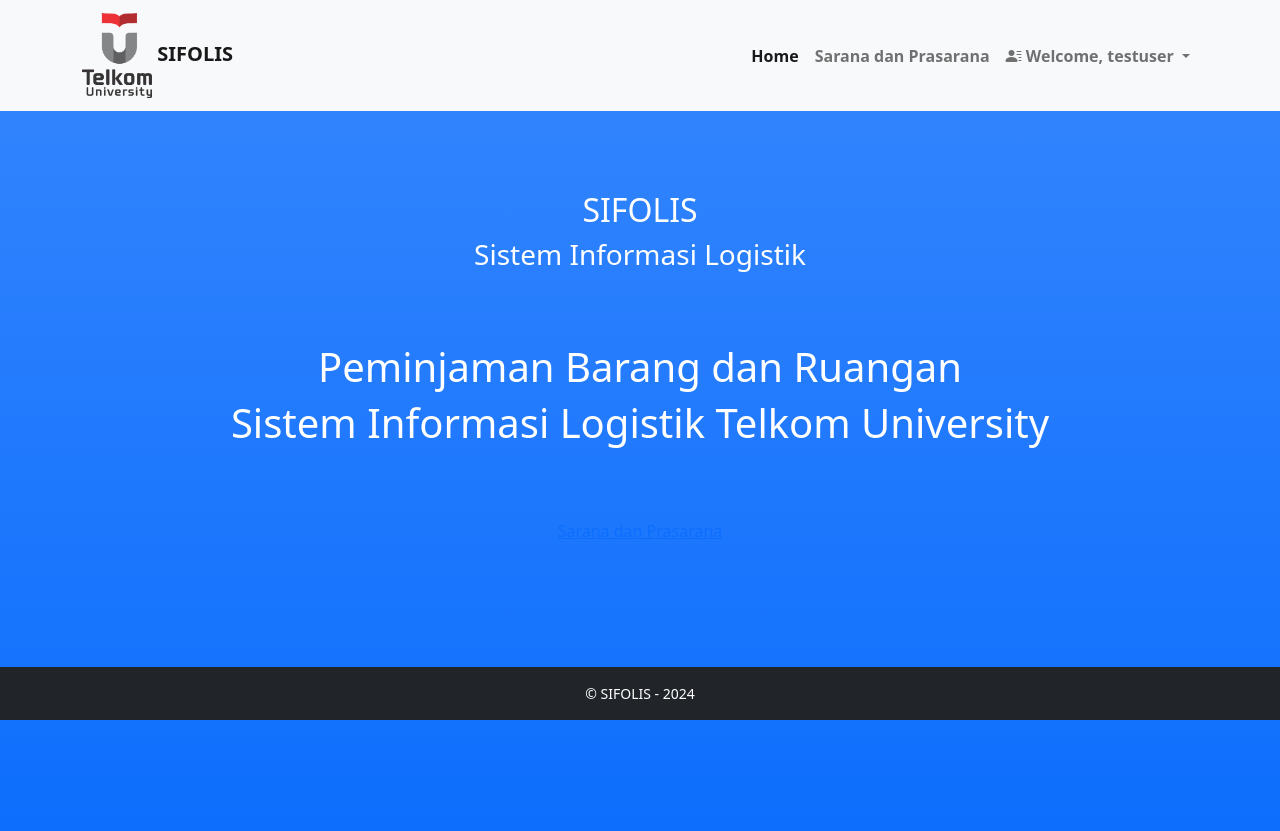
Repository: Audi87/uas_framework
Page: http://localhost/
These files come from the project's save history. The page is drawn as it stood at one moment and after the next save; the edit follows.
The browser window is 1280 px wide. The pictures show the whole page.
Some web libraries are served in a nearby version. The page is served by the project's Laravel application, run on PHP 8.4 with Laravel 10. A made-up administrator, Test User (test@example.com), is signed in. Other server files are loaded and not shown.

Above is the page before, as saved 2024-06-13 20:34:19.

### routes/web.php
<?php

use App\Http\Controllers\{
    BarangController, ContactController, CustumerController, DataPeminjamanController, HistoryController,
    Home, LoginController, PeminjamanController, ProfilController, RegistrasiController,
    SaranaDanPrasaranaController, AdminController
};
use Illuminate\Support\Facades\Route;


Route::get('/', [Home::class, 'index'])->middleware('auth');

Route::get('/login', [LoginController::class, 'index'])->name('login')->middleware('guest');
Route::post('/login', [LoginController::class, 'login']);
Route::post('/logout', [LoginController::class, 'logout']);

Route::get('/registrasi', [RegistrasiController::class, 'index'])->middleware('guest');
Route::post('/registrasi', [RegistrasiController::class, 'registrasi']);

Route::get('/dashboard', function() {
    return view('dashboard.index', ['title' => 'Dashboard Admin']);
})->middleware('admin');

Route::get('/profil/{user:id}', [ProfilController::class, 'index'])->middleware('auth');

Route::get('/sarana dan prasarana', [SaranaDanPrasaranaController::class, 'index'])->middleware('auth');
Route::resource('/sarana-prasarana', BarangController::class)->middleware('admin');

Route::get('/peminjaman/{barang:id}', [PeminjamanController::class, 'index'])->middleware('auth');
Route::post('/peminjaman/{barang:id}', [PeminjamanController::class, 'peminjaman'])->middleware('auth');

Route::get('/history/{user:id}', [HistoryController::class, 'index'])->middleware('auth');

Route::get('/kembalikan/{id}', [PeminjamanController::class, 'kembalikan'])->middleware('auth');
Route::get('/detail-peminjaman/{id}', [PeminjamanController::class, 'detailPeminjaman'])->middleware('auth');

Route::get('/category/{id}', [SaranaDanPrasaranaController::class, 'category'])->middleware('auth');

Route::get('/custumer', [CustumerController::class, 'index'])->middleware('admin');
Route::get('/custumer/{user:id}', [CustumerController::class, 'detail'])->middleware('admin');

Route::get('/data-peminjaman', [DataPeminjamanController::class, 'index'])->middleware('admin');
Route::get('/data-peminjaman/{id}', [DataPeminjamanController::class, 'detail'])->middleware('admin');

Route::get('/contact', [ContactController::class, 'index'])->middleware('auth');

### app/Models/User.php
<?php

namespace App\Models;

// use Illuminate\Contracts\Auth\MustVerifyEmail;
use Illuminate\Database\Eloquent\Factories\HasFactory;
use Illuminate\Foundation\Auth\User as Authenticatable;
use Illuminate\Notifications\Notifiable;
use Laravel\Sanctum\HasApiTokens;

class User extends Authenticatable
{
    use HasApiTokens, HasFactory, Notifiable;

    /**
     * The attributes that are mass assignable.
     *
     * @var array<int, string>
     */
    // protected $fillable = [
    //     'name',
    //     'email',
    //     'password',
    // ];

    /**
     * The attributes that should be hidden for serialization.
     *
     * @var array<int, string>
     */
    protected $hidden = [
        'password',
        'remember_token',
    ];

    /**
     * The attributes that should be cast.
     *
     * @var array<string, string>
     */
    protected $casts = [
        'email_verified_at' => 'datetime',
    ];

    protected $guarded = ['id'];

    public function peminjaman(){
        return $this->belongsTo(Peminjaman::class);
    }
}

### app/Http/Controllers/Home.php
<?php

namespace App\Http\Controllers;

use Illuminate\Http\Request;

class Home extends Controller
{
    //function untuk menampilkan view home
    public function index(){
        return view('index', [
            'title' => 'Home'
        ]);
    }
}

### resources/views/index.blade.php
<!doctype html>
<html lang="en">

<head>
    <meta charset="utf-8">
    <meta name="viewport" content="width=device-width, initial-scale=1">
    <title>{{ $title }}</title>

    <link href="https://cdn.jsdelivr.net/npm/bootstrap@5.2.0/dist/css/bootstrap.min.css" rel="stylesheet"
        integrity="sha384-gH2yIJqKdNHPEq0n4Mqa/HGKIhSkIHeL5AyhkYV8i59U5AR6csBvApHHNl/vI1Bx" crossorigin="anonymous">

    {{-- Styel Css Home --}}
    <link rel="stylesheet" href="/css/style.css">

    {{-- Link Icons Bootstrap --}}
    <link rel="stylesheet" href="https://cdn.jsdelivr.net/npm/bootstrap-icons@1.9.1/font/bootstrap-icons.css">

    {{-- Link Animtion Aos --}}
    <link rel="stylesheet" href="https://unpkg.com/aos@next/dist/aos.css" />

</head>

<body>

    @include('navbar.navbar')

    <div class="container-fluid bg-primary bg-gradient" id="container-fluid">
        <div class="container1">

            <div class="row py-3 text-center">
                <div class="col-lg-4 offset-lg-4 col-md-6 offset-md-3 col-sm-8 offset-sm-2 col-12 mt-3">
                    @if (session()->has('success'))
                        {{-- Alert --}}
                        <div class="alert alert-success" role="alert">
                            <strong>{{ session('success') }}</strong>
                        </div>
                        {{-- End alert --}}
                    @endif
                </div>
            </div>

            <div class="row py-3 text-center text-white">
                <div class="col-lg-12 mt-3">
                    <h2>SIFOLIS</h2>
                    <h3>Sistem Informasi Logistik</h3>
                </div>
            </div>



            <div class="row text-white text-center d-flex justify-content-center mt-5">
                <div class="col-lg-8">
                    <h1>Peminjaman Barang dan Ruangan<h1>
                            <n>Sistem Informasi Logistik Telkom University
                        </h1>
                        </n>
                </div>
            </div>

            <div class="row py-3 text-center mt-5" data-aos="flip-left" data-aos-duration="2000">
                <div class="col-lg-12">
                    <a href="sarana dan prasarana" class="btn-primary">Sarana dan Prasarana</a>
                </div>
            </div><br><br><br><br><br><br>

        </div>
    </div>

    @include('footer.footer')

    <script src="https://cdn.jsdelivr.net/npm/bootstrap@5.2.0/dist/js/bootstrap.bundle.min.js"
        integrity="sha384-A3rJD856KowSb7dwlZdYEkO39Gagi7vIsF0jrRAoQmDKKtQBHUuLZ9AsSv4jD4Xa" crossorigin="anonymous">
    </script>

    {{-- Link Jquery --}}
    <script src="js/jquery.js"></script>

    {{-- Link Script Js --}}
    <script src="js/script.js"></script>

    <script src="https://unpkg.com/aos@next/dist/aos.js"></script>
    <script>
        AOS.init();
    </script>

</body>

</html>

### resources/views/navbar/navbar.blade.php
{{-- Navbar --}}
<nav class="navbar navbar-expand-lg bg-light navbar-light">
    <div class="container">
        <a class="navbar-brand" href="/"><img src="img/logo.png" width="70" alt="" data-aos="flip-left"
                data-aos-duration="2000"> SIFOLIS </a>
        <button class="navbar-toggler" type="button" data-bs-toggle="collapse" data-bs-target="#navbarNav"
            aria-controls="navbarNav" aria-expanded="false" aria-label="Toggle navigation">
            <span class="navbar-toggler-icon"></span>
        </button>
        <div class="collapse navbar-collapse" id="navbarNav">
            <ul class="navbar-nav ms-auto">
                <li class="nav-item">
                    <a class="nav-link {{ Request::is('/') ? 'active' : '' }}" aria-current="page"
                        href="/">Home</a>
                </li>
                <li class="nav-item">
                    <a class="nav-link {{ Request::is('sarana dan prasarana') ? 'active' : '' }}" aria-current="page"
                        href="/sarana dan prasarana">Sarana dan Prasarana</a>
                </li>

                @auth
                    <li class="nav-item dropdown">
                        <a class="nav-link dropdown-toggle" href="#" role="button" data-bs-toggle="dropdown"
                            aria-expanded="false">
                            <i class="bi bi-person-lines-fill"></i> Welcome, {{ auth()->user()->username }}
                        </a>
                        <ul class="dropdown-menu">
                            @can('admin')
                                <li><a class="dropdown-item" href="/dashboard">Dashboard Admin</a></li>
                            @endcan
                            <li><a class="dropdown-item" href="/history/{{ auth()->user()->id }}">Peminjaman</a></li>
                            <li><a class="dropdown-item" href="/contact">Contact Us</a></li>
                            <li><a class="dropdown-item" href="/profil/{{ auth()->user()->id }}"><i
                                        class="bi bi-person-lines-fill"></i> My Profil</a></li>
                            <li>
                                <hr class="dropdown-divider">
                            </li>
                            {{-- Form Logout --}}
                            <form action="/logout" method="post">
                                @csrf
                                <button type="submit" class="dropdown-item"
                                    onclick="return confirm('sure want to go out?')"><i class="bi bi-box-arrow-in-left"></i>
                                    Logout</button>
                            </form>
                            {{-- End From --}}
                        </ul>
                    </li>
                @else
                    <li class="nav-item">
                        <a class="nav-link {{ Request::is('login') ? 'active' : '' }}" href="/login"><i
                                class="bi bi-box-arrow-in-right"></i> Login</a>
                    </li>
                @endauth

            </ul>
        </div>
    </div>
</nav>
{{-- End Navbar --}}

### resources/views/footer/footer.blade.php
<div class="container">
    <!-- Konten Halaman di sini -->
</div>
<div class="fixed-bottom">
<footer class="container-fluid bg-dark text-white text-center">
    <div class="container1">
        <div class="row">
            <div class="col-lg-12">
                <small><p class="mt-3">&copy; SIFOLIS - 2024</p></small>
            </div>
        </div>
    </div>
    </div>
</footer>

### public/css/style.css
html, body {
    height: 100%;
    margin: 0;
    background-image: url('/img/sekolah.jpg');
    background-size: cover;
    background-position: center;
    background-repeat: no-repeat;
}

.container-fluid {

    min-height: 100%; /* Pastikan kontainer memiliki tinggi minimal 100% dari tinggi viewport */
}

nav ul li {
    font-weight: bold;
}

nav a {
    font-weight: bold;
}

nav ul li:hover {
    background-color: orangered;
    opacity: 0.8;
    border-radius: 17px;

}

nav {
    position: absolute;
    z-index: 1000;
}

.container {
    display: flex;
    justify-content: flex-end;
    margin-left: auto;
}

.icon-container {
    display: flex;
    gap: 10px; /* Optional: Adds space between the images */
    align-items: center; /* Optional: Aligns images vertically if they are of different sizes */
}

.full-height {
    min-height: 100vh; /* 100% dari tinggi viewport */
}

### public/js/script.js
$(document).ready(function(){


    window.setTimeout(function(){
        $('.alert').fadeTo(300, 0).slideUp(300, function(){
            $(this).remove();
        });
    }, 4000);

    // Js Show password
    $('#flexCheckDefault').click(function(){
        if($(this).is(':checked')){
            $('#password').attr('type', 'text')
        }else{
            $('#password').attr('type', 'password')
        }
    });

});

Loaded but not shown: app/Http/Controllers/Controller.php (common file); public/js/jquery.js (library)

After the next save:
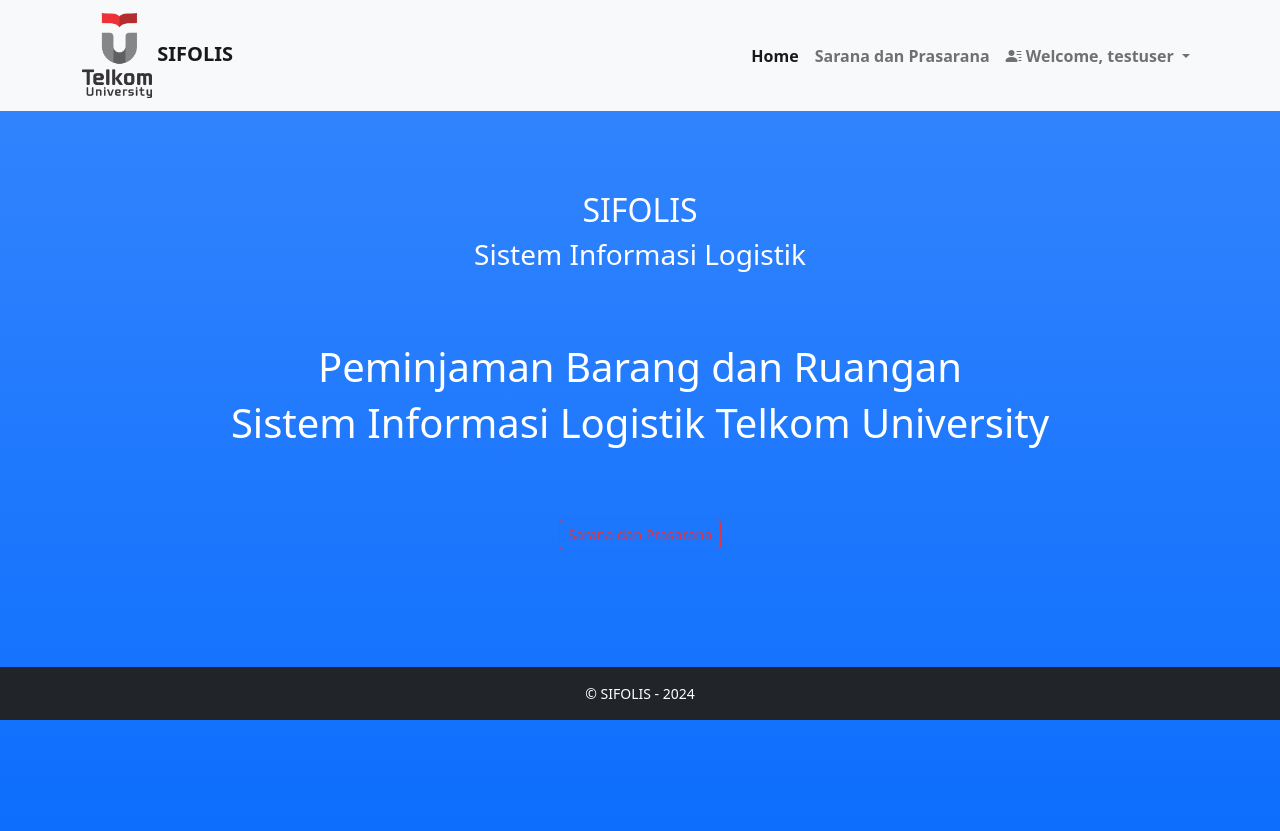
Saved 15 s later.
--- a/resources/views/index.blade.php
+++ b/resources/views/index.blade.php
@@ -59,7 +59,7 @@
 
             <div class="row py-3 text-center mt-5" data-aos="flip-left" data-aos-duration="2000">
                 <div class="col-lg-12">
-                    <a href="sarana dan prasarana" class="btn-primary">Sarana dan Prasarana</a>
+                    <a href="sarana dan prasarana" class="btn btn-outline-danger btn-sm">Sarana dan Prasarana</a>
                 </div>
             </div><br><br><br><br><br><br>
 
